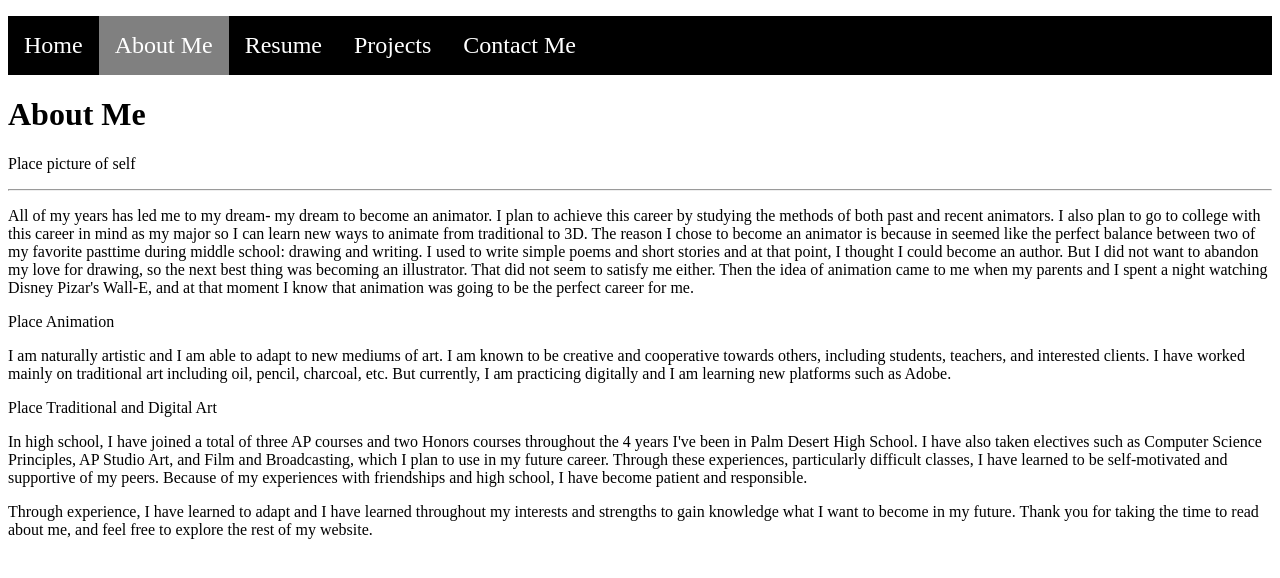
Repository: pflores002/pflores002.github.io
Page: aboutme.html
The author's editor kept a record of every edit. The page is drawn from the files as they stood at one moment, then again after the next edit.
The browser window is 1280 px wide. The pictures show the whole page.

Above is the page before.

After the next edit:
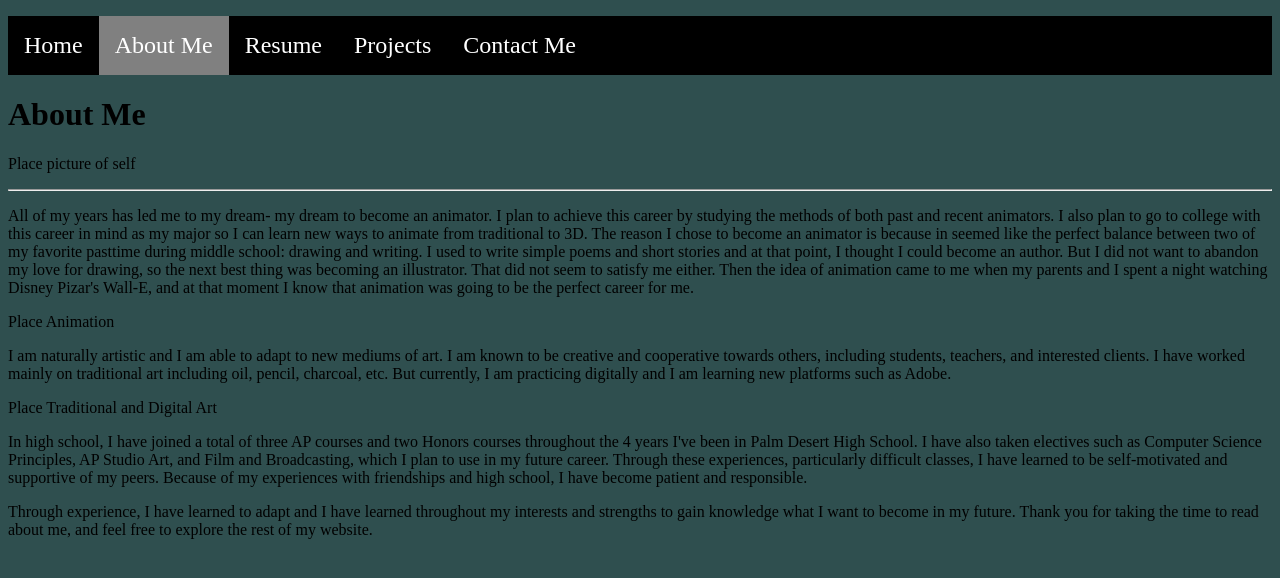
The edit:
--- a/style.css
+++ b/style.css
@@ -1,3 +1,6 @@
+body {
+    background-color:DarkSlateGray;
+}
 .navbar{
                 list-style:none;
                 background-color:black;
